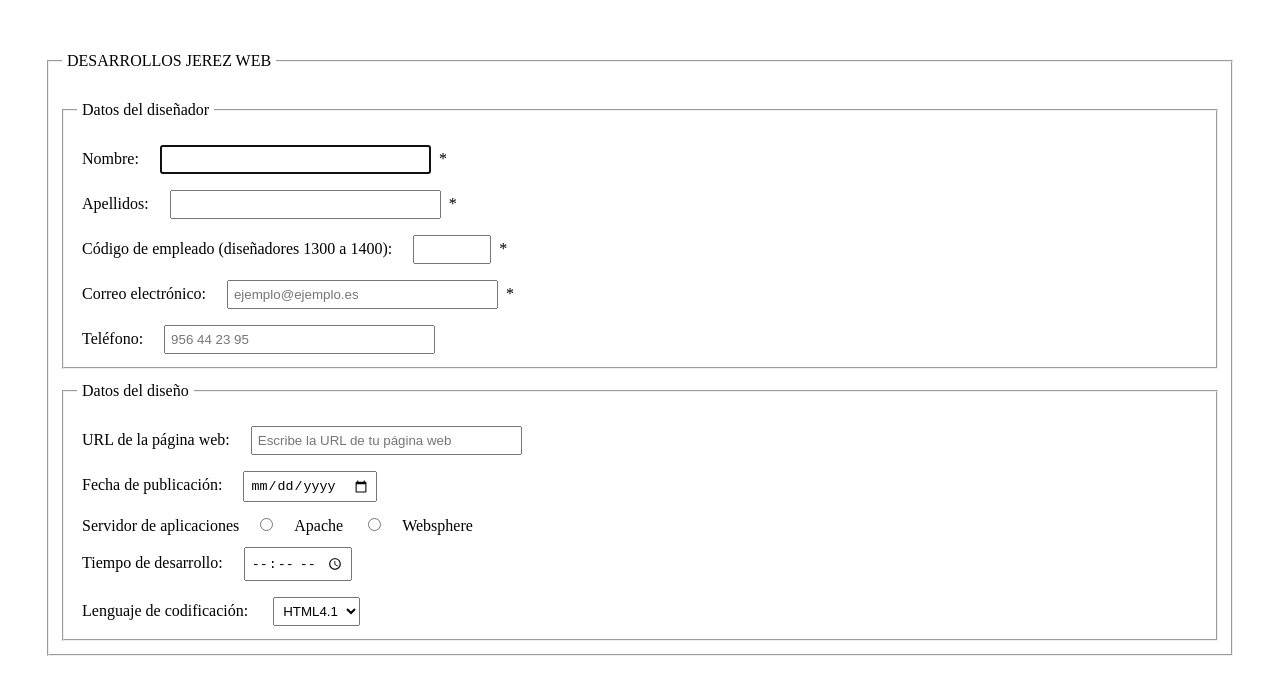
Repository: iSaan86/EV_Practica_FormularioCSS
Page: index.html
An editor plug-in stored every save of this project. The page is shown before and after the next save, followed by the edit.
The browser window is 1280 px wide. The pictures show the whole page.

Above is the page before, as saved 2024-01-11 17:05:55.

After the next save:
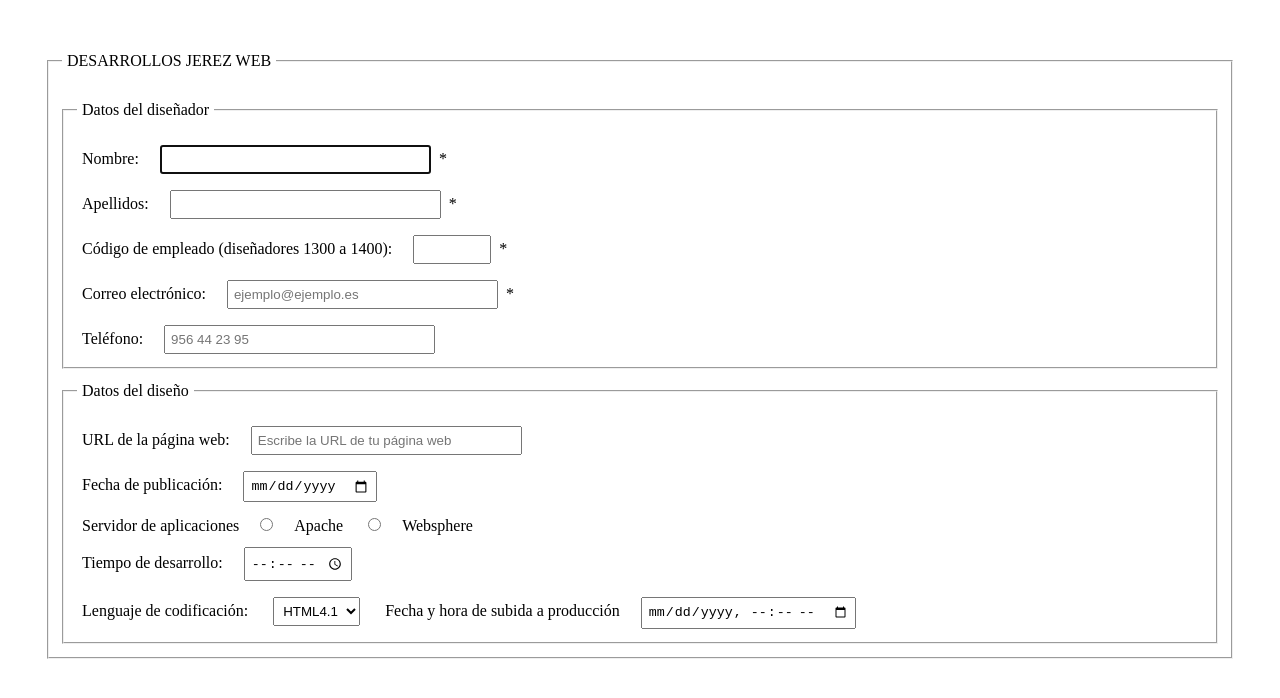
Saved 102 s later.
--- a/index.html
+++ b/index.html
@@ -36,7 +36,8 @@
                     <option value="html4.1">HTML4.1</option>
                     <option value="xhtml">XHTML</option>
                     <option value="html5">HTML5</option>
-
+                </select>
+                <label for="fechayhora">Fecha y hora de subida a producción</label><input type="datetime-local" name="fechayhora" size="70%">
             </fieldset>
 
 
